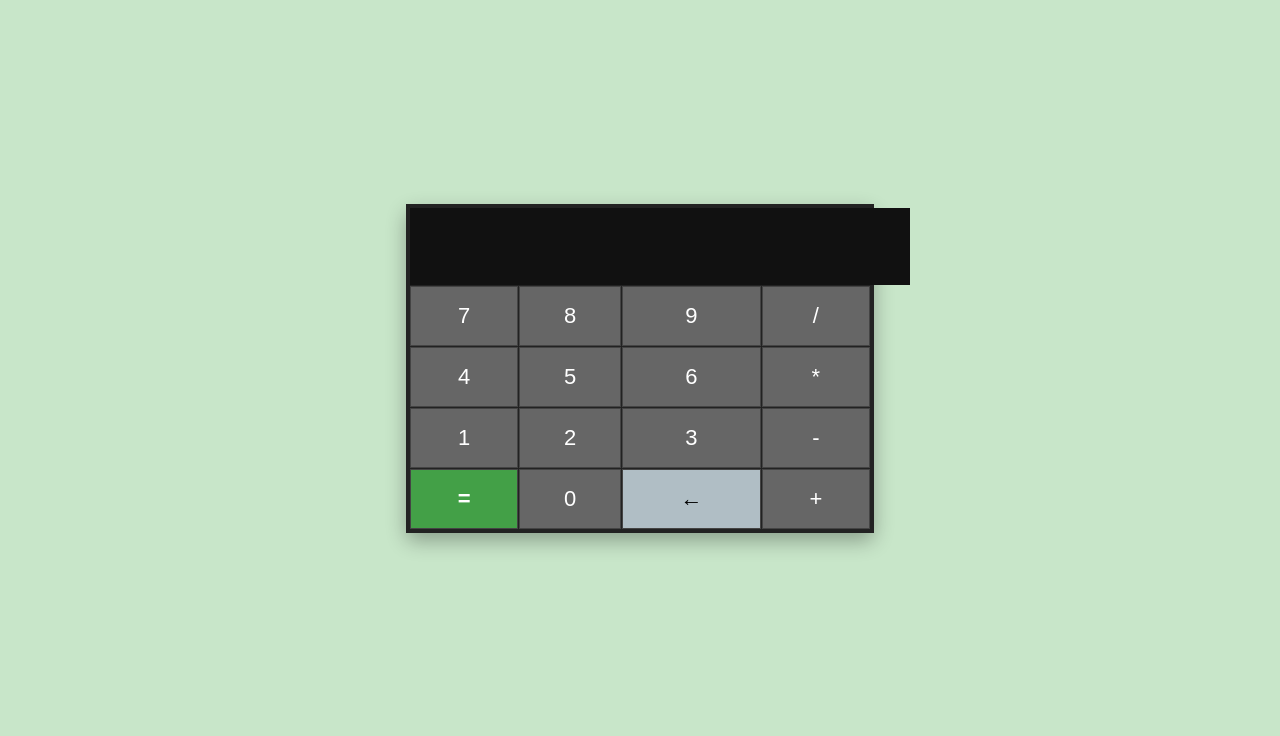
Repository: Yejin-source/st-work
Page: join/src/main/webapp/cal.html
An editor plug-in stored every save of this project. The page is shown before and after the next save, followed by the edit.
The browser window is 1280 px wide. The pictures show the whole page.

Above is the page before, as saved 2025-04-30 08:44:54.

### join/src/main/webapp/cal.html
<!DOCTYPE html>
<html>
<head>
<meta charset="UTF-8">
<title>Insert title here</title>
<style>
  body {
    background-color: #c8e6c9; /* 연한 초록 배경 */
    font-family: 'Courier New', monospace; /* 계산기 느낌 폰트 */
    display: flex;
    justify-content: center;
    align-items: center;
    height: 100vh;
  }

  table {
    border-collapse: collapse;
    background-color: #333; /* 어두운 테두리 */
    border: 4px solid #222;
    border-radius: 8px;
    box-shadow: 0 8px 20px rgba(0, 0, 0, 0.3);
  }

  input[type="text"] {
    width: 100%;
    padding: 20px;
    font-size: 32px;
    background-color: #111;
    color: #0f0; /* 연녹색 텍스트 */
    border: none;
    text-align: right;
    letter-spacing: 2px;
    outline: none;
  }

  td {
    padding: 0;
  }

  button {
    width: 100%;
    height: 60px;
    font-size: 22px;
    background-color: #666;
    color: white;
    border: 1px solid #444;
    cursor: pointer;
    transition: background-color 0.2s ease;
  }

  button:hover {
    background-color: #888;
  }

  #equal {
    background-color: #43a047;
    font-weight: bold;
  }

  #equal:hover {
    background-color: #2e7d32;
  }

  #back {
    background-color: #b0bec5;
    color: black;
  }

  #back:hover {
    background-color: #90a4ae;
  }
</style>

</head>
<body>
	<table border="1">
		<tr>
			<td colspan="4"><input type="text" id="result"></td>
		</tr>
		<tr>
			<td><button type="button" id="seven">7</button></td>
			<td><button type="button" id="eight">8</button></td>
			<td><button type="button" id="nine">9</button></td>
			<td><button type="button" id="divide">/</button></td>
		</tr>
		<tr>
			<td><button type="button" id="four">4</button></td>
			<td><button type="button" id="five">5</button></td>
			<td><button type="button" id="six">6</button></td>
			<td><button type="button" id="multiple">*</button></td>
		</tr>
		<tr>
			<td><button type="button" id="one">1</button></td>
			<td><button type="button" id="two">2</button></td>
			<td><button type="button" id="three">3</button></td>
			<td><button type="button" id="minus">-</button></td>
		</tr>
		<tr>
			<td><button type="button" id="equal">=</button></td>
			<td><button type="button" id="zero">0</button></td>
			<td><button type="button" id="back">←</button></td>
			<td><button type="button" id="plus">+</button></td>
		</tr>
	</table>
	<script>
		// 콜백함수: 매개변수로 전달하는 함수

		/*
			let zeroClick = function() {
				alert('zeroClick');
			}
		*/

		let result = '';

		// 0 입력
		document.querySelector('#zero').addEventListener('click', function() { // ('이벤트 이름', 콜백함수)
			if(result == 0) {
				alert('0으로 시작할 수 없습니다.');
				return;
			}
			result = result + 0;
			document.querySelector('#result').value = result;
		});

		// 1 입력
		document.querySelector('#one').addEventListener('click', function() {
			result = result + 1;
			document.querySelector('#result').value = result;
		});

		// 2 입력
		document.querySelector('#two').addEventListener('click', function() {
			result = result + 2;
			document.querySelector('#result').value = result;
		});

		// 3 입력
		document.querySelector('#three').addEventListener('click', function() {
			result = result + 3;
			document.querySelector('#result').value = result;
		});

		// 4 입력
		document.querySelector('#four').addEventListener('click', function() {
			result = result + 4;
			document.querySelector('#result').value = result;
		});

		// 5 입력
		document.querySelector('#five').addEventListener('click', function() {
			result = result + 5;
			document.querySelector('#result').value = result;
		});

		// 6 입력
		document.querySelector('#six').addEventListener('click', function() {
			result = result + 6;
			document.querySelector('#result').value = result;
		});

		// 7 입력
		document.querySelector('#seven').addEventListener('click', function() {
			result = result + 7;
			document.querySelector('#result').value = result;
		});

		// 8 입력
		document.querySelector('#eight').addEventListener('click', function() {
			result = result + 8;
			document.querySelector('#result').value = result;
		});

		// 9 입력
		document.querySelector('#nine').addEventListener('click', function() {
			result = result + 9;
			document.querySelector('#result').value = result;
		});


		// 나누기 연산자
		document.querySelector('#divide').addEventListener('click', function() {
			if(isNaN(result[result.length-1])) { // result의 마지막 글자가 연산자라면 | isNaN() 함수: 숫자면 false 반환
				alert('연산자를 연속으로 입력할 수 없습니다.');
				return;
			}
			result = result + '/';
			document.querySelector('#result').value = result;
		});

		// 곱하기 연산자
		document.querySelector('#multiple').addEventListener('click', function() {
			if(isNaN(result[result.length-1])) { // result의 마지막 글자가 연산자라면
				alert('연산자를 연속으로 입력할 수 없습니다.');
				return;
			}
			result = result + '*';
			document.querySelector('#result').value = result;
		});

		// 빼기 연산자
		document.querySelector('#minus').addEventListener('click', function() {
			if(isNaN(result[result.length-1])) { // result의 마지막 글자가 연산자라면
				alert('연산자를 연속으로 입력할 수 없습니다.');
				return;
			}
			result = result + '-';
			document.querySelector('#result').value = result;
		});

		// 더하기 연산자
		document.querySelector('#plus').addEventListener('click', function() {
			if(isNaN(result[result.length-1])) { // result의 마지막 글자가 연산자라면
				alert('연산자를 연속으로 입력할 수 없습니다.');
				return;
			}
			result = result + '+';
			document.querySelector('#result').value = result;
		});


		// 한 글자 지우기
		document.querySelector('#back').addEventListener('click', function() {
			if(isNaN(result[result.length-1])) { // result의 마지막 글자가 연산자라면
				alert('연산자는 지울 수 없습니다.');
				return;
			}
			result = result.slice(0, -1); // slice() 메서드: 배열이나 문자열에서 일부분을 잘라내는 메서드
			// result.slice(start, end) -> end: 끝 인덱스는 미포함
			document.querySelector('#result').value = result;
		});


		// result 문자 전체를 파싱해서 연산해서 결과
	</script>
</body>
</html>

After the next save:
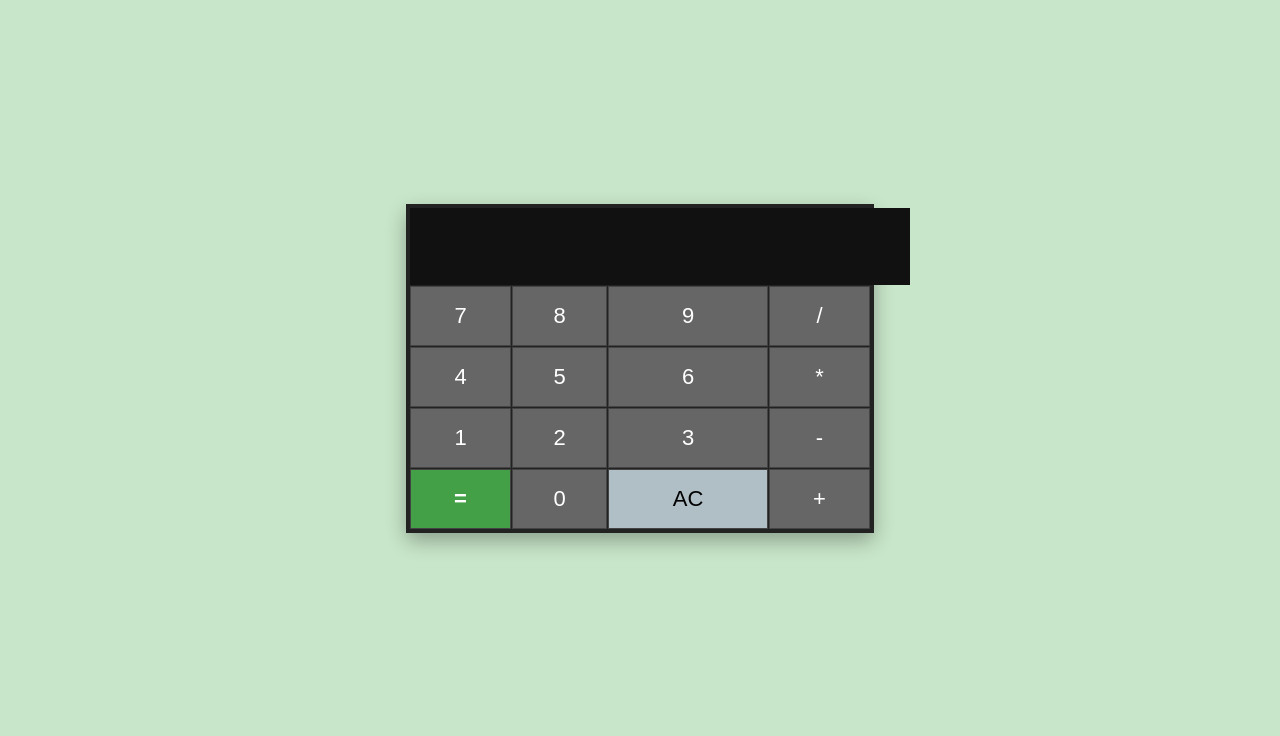
Saved 64 s later.
--- a/join/src/main/webapp/cal.html
+++ b/join/src/main/webapp/cal.html
@@ -98,7 +98,7 @@
 		<tr>
 			<td><button type="button" id="equal">=</button></td>
 			<td><button type="button" id="zero">0</button></td>
-			<td><button type="button" id="back">←</button></td>
+			<td><button type="button" id="back">AC</button></td>
 			<td><button type="button" id="plus">+</button></td>
 		</tr>
 	</table>
